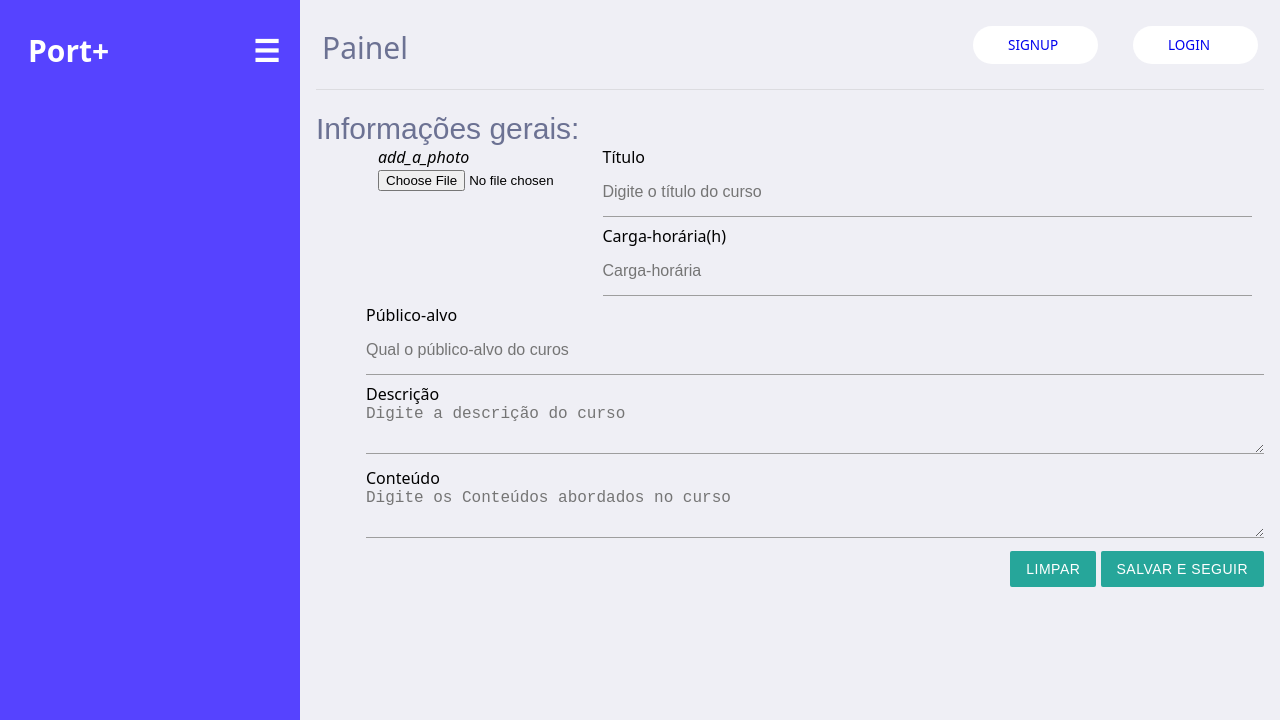
Repository: LauraMViana/Port-plus
Page: http://localhost/portPlus/criarCurso/criarCurso
The author's editor kept a copy of each file at every save. The page is drawn from the files as they stood at one save, then again after the next save.
The browser window is 1280 px wide. The pictures show the whole page.
The page is this project's Thymeleaf template; nobody is signed in. The template is opened directly, without the code that normally fills it, so the values that code supplies are empty.

Above is the page before, as saved 2021-12-31 00:50:35.

### port/src/main/resources/templates/portPlus/criarCurso/criarCurso.html
<!DOCTYPE html >
<html xmlns:th="http://www.thymeleaf.org">
<head>
<meta charset="UTF-8">
<link rel="stylesheet"
	href="https://cdnjs.cloudflare.com/ajax/libs/font-awesome/4.7.0/css/font-awesome.min.css">
<!-- Compiled and minified CSS <!--
<link rel="stylesheet"
	href="https://cdnjs.cloudflare.com/ajax/libs/materialize/1.0.0/css/materialize.min.css">
-->
<link href="https://fonts.googleapis.com/icon?family=Material+Icons"
	rel="stylesheet">
<link rel="stylesheet" href="/Style.css">

<title>PortPlus</title>
</head>
<body>
	<div th:insert="~{menu :: navside}"></div>
	<div id="main">
		<div th:insert="~{menu :: navbar}"></div>
		<h4>Informações gerais:</h4>
		<form action="/portPlus/criarCurso" method="post"
			enctype="multipart/form-data" th:object="${curso}">
			<div class="file input-field col s3">
				<i class="large material-icons">add_a_photo</i> <input type="file"
					name="file">
				<p th:errors="*{nomeLogo}"></p>
			</div>
			<div class="input-field col s9">
				<label for="titulo">Título</label> <input
					placeholder="Digite o título do curso" id="titulo" type="text"
					class="validate" th:field="*{titulo}">
				<p th:errors="*{titulo}"></p>
				<div>
					<label for="cg">Carga-horária(h)</label> <input
						placeholder="Carga-horária" id="cg" type="number" class="validate"
						th:field="*{cargahoraria}">
				</div>
				<p th:errors="*{cargahoraria}"></p>
			</div>
			<div class="input-field">
				<label for=" nome"> Público-alvo</label> <input
					placeholder="Qual o público-alvo do curos" id="nome" type="text"
					th:field="*{publicalvo}">
				<p th:errors="*{publicalvo}"></p>
			</div>

			<div class="input-field">
				<label for="textarea1">Descrição</label>
				<textarea placeholder="Digite a descrição do curso" id="textarea1"
					class="materialize-textarea" th:field="*{descricao}"></textarea>

				<p th:errors="*{descricao}"></p>
			</div>

			<div class="input-field">
				<label for="textarea1">Conteúdo</label>
				<textarea placeholder="Digite os Conteúdos abordados no curso"
					id="textarea1" class="materialize-textarea" th:field="*{conteudo}"></textarea>

				<p th:errors="*{conteudo}"></p>
			</div>

			<div id="btn">
				<button class="btn waves-effect waves-light align-center"
					type="reset" name="action">Limpar</button>
				<button class="btn waves-effect waves-light align-center"
					type="submit" name="action">Salvar e seguir</button>
			</div>
		</form>
	</div>
	<script
		src="https://ajax.googleapis.com/ajax/libs/jquery/3.5.1/jquery.min.js"></script>
	<script>
		$(".menu").click(function() {
			$("#mySidenav").css('width', '70px');
			$("#main").css('margin-left', '70px');
			$(".logo").css('display', 'none');
			$(".logo1").css('display', 'block');
			$(".logo span").css('visibility', 'visible');
			$(".logo span").css('margin-left', '-10px');
			$(".icon-a").css('visibility', 'hidden');
			$(".icon-a").css('height', '25px');
			$(".icons").css('visibility', 'visible');
			$(".icons").css('margin-left', '-8px');
			$(".menu1").css('display', 'block');
			$(".menu").css('display', 'none');
		});

		$(".menu1").click(function() {
			$("#mySidenav").css('width', '300px');
			$("#main").css('margin-left', '300px');
			$(".logo").css('visibility', 'visible');
			$(".logo").css('display', 'block');
			$(".icon-a").css('visibility', 'visible');
			$(".icons").css('visibility', 'visible');
			$(".menu").css('display', 'block');
			$(".menu1").css('display', 'none');
		});
	</script>
	<script>
		$(document).ready(function() {
			$(".profile p").click(function() {
				$(".profile-div").toggle();
			});
		});
	</script>
</body>
</html>

### port/src/main/resources/templates/menu.html
<!DOCTYPE html >
<html xmlns:th="http://www.thymeleaf.org">
<head>
<meta charset="UTF-8">
<link rel="stylesheet" href="/Style.css" type="text/css" />
<link rel="stylesheet"
	href="https://cdnjs.cloudflare.com/ajax/libs/font-awesome/4.7.0/css/font-awesome.min.css">
<title>Port+</title>
</head>
<body>

	<!-- sec:authorize="hasRole('VENDAS')"  -->
	<div th:fragment="navside">

		<div id="mySidenav" class="sidenav">
			<p class="logo">
				Port+ <span class="menu">&#9776;</span>
			</p>
			<p class="logo1">
				<span class="menu1">&#9776;</span>
			</p>
			<!-- <a href="/" class="icon-a"> <i class="fa fa-dashboard icons"></i>
				&nbsp;&nbsp;Painel
			</a> -->
			<a sec:authorize="isAuthenticated()" href="/" class="icon-a"><i
				class="fa fa-list icons"></i> &nbsp;&nbsp;Menu</a> <a
				sec:authorize="isAuthenticated()" href="#" class="icon-a"><i
				class="fa fa-user icons"></i> &nbsp;&nbsp;Perfil</a> <a
				sec:authorize="isAuthenticated()" href="/portPlus/criarCurso"
				class="icon-a"><i class="fa fa-edit icons"></i> &nbsp;&nbsp;Meus
				Cursos(A)</a> <a sec:authorize="isAuthenticated()"
				href="/portPlus/criarCurso" class="icon-a"><i
				class="fa fa-edit icons"></i> &nbsp;&nbsp;Criar Curso(I)</a><a
				sec:authorize="isAuthenticated()" href="/portPlus/meusCursos"
				class="icon-a"><i class="fa fa-list-alt icons"></i>
				&nbsp;&nbsp;Submeter curso(I)</a>
		</div>
	</div>

	<div id="main">
		<div th:fragment="navbar">
			<div class="head">
				<div class="col-div-6">
					<p class="nav">Painel</p>
				</div>
				<div class="col-div-6">
					<div sec:authorize="isAuthenticated()" class="profile">
						<img src="/Imagens/usuario.png" class="pro-img circle" />
						<p sec:authentication="name">
							Instrutor <i class="fa fa-ellipsis-v dots" aria-hidden="true"></i>
						</p>

						<div class="profile-div">
							<p>
								<a href="#" class="icon-a"><i class="fa fa-user"></i>
									&nbsp;&nbsp;Perfil
							</p>
							<p>
								<i class="fa fa-power-off"></i> &nbsp;&nbsp;Sair
							</p>
						</div>
					</div>
					<div class="login">
						<p sec:authorize="!isAuthenticated()">
							<a href="/portPlus/login">LOGIN</a>
						</p>
						<p sec:authorize="!isAuthenticated()">
							<a href="/portPlus/signup">SIGNUP</a>
						</p>
					</div>
				</div>
				<div class="clearfix"></div>
			</div>
			<div class="clearfix"></div>
			<br />
		</div>
	</div>
	<script
		src="https://ajax.googleapis.com/ajax/libs/jquery/3.5.1/jquery.min.js"></script>
	<script>
		$(".menu").click(function() {
			$("#mySidenav").css('width', '70px');
			$("#main").css('margin-left', '70px');
			$(".logo").css('display', 'none');
			$(".logo1").css('display', 'block');
			$(".logo span").css('visibility', 'visible');
			$(".logo span").css('margin-left', '-10px');
			$(".icon-a").css('visibility', 'hidden');
			$(".icon-a").css('height', '25px');
			$(".icons").css('visibility', 'visible');
			$(".icons").css('margin-left', '-8px');
			$(".menu1").css('display', 'block');
			$(".menu").css('display', 'none');
		});

		$(".menu1").click(function() {
			$("#mySidenav").css('width', '300px');
			$("#main").css('margin-left', '300px');
			$(".logo").css('visibility', 'visible');
			$(".logo").css('display', 'block');
			$(".icon-a").css('visibility', 'visible');
			$(".icons").css('visibility', 'visible');
			$(".menu").css('display', 'block');
			$(".menu1").css('display', 'none');
		});
	</script>
	<script>
		$(document).ready(function() {
			$(".profile p").click(function() {
				$(".profile-div").toggle();

			});

			/* $(".noti-icon").click(function() {
					$(".notification-div").toggle();
				}); */

		});
	</script>
</body>
</html>

### port/src/main/resources/static/Style.css
/* Laura */
body {
	margin: 0px;
	padding: 0px;
	background-color: #efeff5;
	font-family: system-ui;
}

.clearfix {
	clear: both;
}

.logo {
	margin: 0px;
	margin-left: 28px;
	font-weight: bold;
	color: white;
	margin-bottom: 30px;
}

.sidenav {
	height: 100%;
	width: 300px;
	position: fixed;
	z-index: 1;
	top: 0;
	left: 0;
	background-color: #5643ff;
	overflow: hidden;
	padding-top: 30px;
	transition: ease-in-out 0.3s;
}

.menu {
	float: right;
	margin-right: 20px;
	cursor: pointer;
}

.logo1 {
	margin: 0px;
	margin-left: 20px;
	font-weight: bold;
	color: white;
	margin-bottom: 50px;
	display: none;
	cursor: pointer;
}

.menu1 {
	float: left;
	display: none;
}

.sidenav a {
	padding: 15px 8px 15px 32px;
	text-decoration: none;
	font-size: 20px;
	color: #d8d8d8;
	display: block;
}

.sidenav a:hover {
	color: #f1f1f1;
	background-color: #2c1ed6;
}

.sidenav {
	top: 0;
	right: 25px;
	font-size: 30px;
}

#main {
	padding: 16px;
	margin-left: 300px;
}

.head {
	padding: 0px 6px;
	border-bottom: 1px solid #d6d6d8b8;
	padding-bottom: 10px;
}

.col-div-6 {
	width: 50%;
	float: left;
}

.login p {
	color: #6c7293;
	font-weight: 500;
	margin-left: 35px;
	margin-top: 10px;
	font-size: 13.5px;
	background-color: white;
	padding: 10px;
	border-radius: 25px;
	padding-left: 35px;
	width: 80px;
	float: right;
	cursor: pointer;
}

.profile {
	display: inline-block;
	float: right;
	width: 160px;
}

.pro-img {
	float: left;
	width: 40px;
	margin-top: 8px;
	margin-left: 20px;
}

.profile p {
	color: #6c7293;
	font-weight: 500;
	margin-left: 35px;
	margin-top: 10px;
	font-size: 13.5px;
	background-color: white;
	padding: 10px;
	border-radius: 25px;
	padding-left: 35px;
	cursor: pointer;
}

.dots {
	margin-left: 10px;
}

.profile-div {
	background-color: white;
	width: 160px;
	border: 1px solid #ddd;
	padding: 10px 0px;
	right: 2%;
	border-radius: 5px;
	position: absolute;
	z-index: 9;
	display: none;
}

.profile-div:after {
	content: '';
	position: absolute;
	height: 10px;
	width: 10px;
	background-color: white;
	top: -6px;
	border-left: 1px solid #ddd;
	border-top: 1px solid #ddd;
	transform: rotate(45deg);
	right: 10%;
}

.profile-div p {
	margin: 0px;
	padding: 10px 20px;
}

.profile-div p:hover {
	margin: 0px;
	padding: 10px 20px;
	background-color: #5643ff;
	border-radius: 0px;
	color: white;
}

.notification-div {
	background-color: white;
	width: 240px;
	border: 1px solid #ddd;
	padding: 10px 0px;
	right: 16%;
	border-radius: 5px;
	top: 12%;
	position: absolute;
	z-index: 9;
	display: none;
}

.notification-div:after {
	content: '';
	position: absolute;
	height: 10px;
	width: 10px;
	background-color: white;
	top: -6px;
	border-left: 1px solid #ddd;
	border-top: 1px solid #ddd;
	transform: rotate(45deg);
	right: 10%;
}

.noti-head {
	display: block;
	margin: 0px;
	color: #6c7293;
}

.noti-head:hover {
	background-color: white !important;
	color: #6c7293 !important;
}

.noti-head span {
	position: absolute;
	right: 8%;
	top: 10%;
	background-color: #5643ff;
	padding: 1px 5px;
	color: white;
	border-radius: 20px;
}

.hr {
	margin: 0px;
	border: none;
	background-color: #ddd;
	height: 1px;
}

.notification-div p {
	margin: 0px;
	padding: 10px 20px;
	color: #6c7293;
}

.notification-div p span {
	font-size: 11px;
	display: block;
}

.notification-div p:hover {
	margin: 0px;
	padding: 10px 20px;
	background-color: #5643ff;
	border-radius: 0px;
	color: white;
}

.search-icon {
	position: absolute;
	right: 22%;
	top: 25px;
	background-color: white;
	padding: 13px;
	border-radius: 21px;
	color: #6c7293;
	cursor: pointer;
}

.noti-icon {
	position: absolute;
	right: 17%;
	top: 25px;
	background-color: #5643ff;
	padding: 13px;
	border-radius: 21px;
	color: #fff;
	cursor: pointer;
}

.noti-icon:after {
	content: '';
	height: 5px;
	width: 5px;
	border-radius: 5px;
	top: 5px;
	left: 20px;
	position: absolute;
	background-color: red;
}

.col-div-4-1 {
	width: 33.3%;
	float: left;
}

.box {
	width: 88%;
	height: 480px;
	background-color: #ffffff;
	margin-left: 10px;
	padding: 10px;
	box-shadow: 2px 5px 10px #ddd;
	position: relative;
}

.box p {
	color: #6c7293;
	font-weight: 500;
	padding-left: 10px;
}

.number {
	font-size: 35px;
	margin-bottom: 0px;
	margin-top: 20px;
}

.percent {
	margin: 0px;
	font-size: 14px;
	color: #37bf37 !important;
}

.percent span {
	font-size: 12px;
	color: #9398b1;
	padding-left: 3px;
}

.head-1 {
	font-size: 18px !important;
	margin: 10px 0px;
	color: #6c7293;
}

.head-1 span {
	float: right;
	background-color: #5643ff;
	color: white;
	padding: 3px 10px;
	font-size: 15px;
}

.box-icon {
	font-size: 20px !important;
	margin-top: 35px !important;
	color: #5643ff;
	padding-right: 10px;
	background-color: #efeff5;
	padding: 15px;
	border-radius: 25px;
	position: absolute;
	right: 16px;
	top: -18px;
}

.box-1 {
	width: 88%;
	height: 282px;
	background-color: #ffffff;
	margin-left: 10px;
	padding: 10px;
	box-shadow: 2px 5px 10px #ddd;
	position: relative;
}

.m-box {
	color: #6c7293;
	position: relative;
	padding: 0px 12px;
}

.active {
	background-color: #5646ff;
	color: white;
	box-shadow: 4px 3px 7px 3px #3226ad54;
}

.active .no-1 {
	color: #ddd !important;
}

.m-box p {
	display: inline-block;
	margin: 10px 0px;
}

.no {
	position: absolute !important;
	top: 21px;
	right: 15px;
	font-weight: 500;
}

.no-1 {
	font-size: 12px;
	color: #9398b1;
}

.act-p {
	font-size: 13px;
	color: #6c7293;
}

.act-p .fa {
	color: orange !important;
}

.content-box-1 {
	padding: 0px 10px;
}

.col-div-12 {
	width: 100%;
}

.col-div-4 {
	width: 30%;
	float: left;
}

.content-box {
	padding: 20px;
}

.content-box p {
	margin: 0px;
	font-size: 20px;
	color: #6c7293;
}

.content-box p span {
	float: right;
	background-color: #5643ff;
	color: white;
	padding: 3px 10px;
	font-size: 15px;
}

.box-8 {
	width: 97.8%;
	background-color: #fff;
	height: 330px;
}

.nav {
	font-size: 30px;
	cursor: pointer;
	color: #6c7293;
	margin: 11px 0px;
}

.box-8 {
	margin-left: 10px;
}

td, th {
	border: 1px solid #dddddd;
	text-align: left;
	padding: 10px;
}

tr:nth-child(even) {
	background-color: #5643ff29;
	color: #6c7293 !important;
}

.circle-wrap {
	margin: 50px auto;
	width: 150px;
	height: 150px;
	background: #e6e2e7;
	border-radius: 50%;
}

.circle-wrap .circle .mask, .circle-wrap .circle .fill {
	width: 150px;
	height: 150px;
	position: absolute;
	border-radius: 50%;
}

.circle-wrap .circle .mask {
	clip: rect(0px, 150px, 150px, 75px);
}

.circle-wrap .circle .mask .fill {
	clip: rect(0px, 75px, 150px, 0px);
	background-color: #5646ff;
}

.circle-wrap .circle .mask.full, .circle-wrap .circle .fill {
	animation: fill ease-in-out 3s;
	transform: rotate(126deg);
}

@
keyframes fill { 0% {
	transform: rotate(0deg);
}

100










%
{
transform










:










rotate








(










126deg










)








;
}
}
.circle-wrap .inside-circle {
	width: 130px;
	height: 130px;
	border-radius: 50%;
	background: #fff;
	line-height: 130px;
	text-align: center;
	margin-top: 10px;
	margin-left: 10px;
	position: absolute;
	z-index: 100;
	font-weight: 700;
	font-size: 2em;
	color: #6c7293;
}

/* Thais */
h1 {
	font-weight: 400;
	font-family: Century Gothic, Arial, Helvetica, sans-serif;
	color: #6c7293;
	font-size: calc(1.044375rem + 1.7325vw);
}

h4, h6 {
	font-weight: 100;
	font-family: Century Gothic, Arial, Helvetica, sans-serif;
	color: #6c7293;
	font-size: 30px;
	margin: 0px;
}

a {
	text-decoration: none;
}

#btn {
	text-align: right;
}

/*Apresente material  */
.mod-title {
	font-size: 30px;
	color: #d8d8d8;
}

/* Index  */
.box-mod {
	width: 88%;
	height: 30px;
	background-color: #dfdfdf;
	margin-left: 10px;
	padding: 10px;
	position: relative;
	margin-left: 10px;
	padding: 10px;
	border-top: 1px solid #d7dfe3;
	margin-left: 10px;
	margin-bottom: 15px;
}

.box-mod p {
	color: #6c7293;
	font-weight: 500;
	margin: 0px;
	padding: 10px;
	width: 105px;
	margin-left: 90px;
}
/* blocos de curso ou modulos  */
.col-div-4-2 {
	width: 25%;
	float: left;
}

.card.small .card-image+.card-content, .card.medium .card-image+.card-content,
	.card.large .card-image+.card-content {
	max-height: 40%;
}

.card.small .card-content, .card.medium .card-content, .card.large .card-content
	{
	max-height: 100%;
	overflow: hidden;
}

.card .card-content {
	padding: 24px;
	border-radius: 0 0 2px 2px;
}

.card .card-image img {
	display: block;
	border-radius: 2px 2px 0 0;
	position: relative;
	left: 0;
	right: 0;
	top: 0;
	bottom: 0;
	width: 100%;
}

img {
	border-style: none;
}

.card.small .card-image, .card.medium .card-image, .card.large .card-image
	{
	max-height: 60%;
	overflow: hidden;
}

.card .card-image {
	position: relative;
}

.card.small {
	height: 300px;
}

.card.small, .card.medium, .card.large {
	position: relative;
}

.card {
	margin-left: 10px;
	box-shadow: 2px 5px 10px #ddd;
	position: relative;
	height: 250px;
	background-color: #fff;
	-webkit-transition: -webkit-box-shadow .25s;
	transition: -webkit-box-shadow .25s;
	transition: box-shadow .25s;
	transition: box-shadow .25s, -webkit-box-shadow .25s;
	border-radius: 2px;
}

.card {
	position: relative;
	margin: 0.5rem 0 1rem 0;
	background-color: #fff;
	-webkit-transition: -webkit-box-shadow .25s;
	transition: -webkit-box-shadow .25s;
	transition: box-shadow .25s;
	transition: box-shadow .25s, -webkit-box-shadow .25s;
	border-radius: 2px;
}

.image {
	display: block;
	position: relative;
	left: 0;
	right: 0;
	top: 0;
	bottom: 0;
	width: 100%;
	max-height: 70%;
	overflow: hidden;
	max-height: 70%;
	right: 0;
	top: 0;
	bottom: 0;
}

.card {
	margin-left: 10px;
	box-shadow: 2px 5px 10px #ddd;
	position: relative;
	height: 250px;
	background-color: #fff;
	-webkit-transition: -webkit-box-shadow .25s;
	transition: -webkit-box-shadow .25s;
	transition: box-shadow .25s;
	transition: box-shadow .25s, -webkit-box-shadow .25s;
	border-radius: 2px;
}

.card-title-mod {
	display: block;
	line-height: 32px;
	margin-bottom: 8px;
	font-size: 24px;
	font-weight: 300;
}
/* descriçao do curso  */
.mod-d {
	font-size: 18px !important;
	margin: 10px 0px;
	color: #6c7293;
	text-align: justify;
}

/* Pag apresentação Material */
aside {
	width: 260px;
	float: right;
	margin-right: 20px;
	border: 1px solid black;
}

.conteudo {
	padding-left: 15px;
	width: 700px;
	float: left;
	height: 415px;
	text-align: justify;
}

.card.lista {
	background-color: #5643ff;
	width: 259.5px;
	height: 50px;
	text-align: center;
	padding: 5px 0px 5px 0px;
	margin: 0px;
}

.lista li {
	padding: 15px 8px 15px 32px;
	text-decoration: none;
	font-size: 20px;
	color: #d8d8d8;
	display: block;
	text-align: justify;
}

.lista li:hover {
	color: #f1f1f1;
	background-color: #5643ff;
}

.lista a:hover {
	color: #f1f1f1;
	background-color: #5643ff;
}

ul {
	padding: 0px;
	margin: 0px;
	list-style-type: none;
}

textarea.materialize-textarea.texto {
	height: 12rem;
}

input:not([type]), input[type="text"]:not(.browser-default), input[type="url"]:not(.browser-default),
	input[type="number"]:not(.browser-default), textarea.materialize-textarea
	{
	background-color: transparent;
	border-top-width: initial;
	border-right-width: initial;
	border-left-width: initial;
	border-top-color: initial;
	border-right-color: initial;
	border-left-color: initial;
	height: 3rem;
	width: 100%;
	font-size: 16px;
	box-shadow: none;
	box-sizing: content-box;
	border-style: none none solid;
	border-image: initial;
	border-bottom: 1px solid rgb(158, 158, 158);
	border-radius: 0px;
	outline: none;
	margin: 0px 0px 8px;
	padding: 0px;
	transition: box-shadow 0.3s ease 0s, border 0.3s ease 0s,
		-webkit-box-shadow 0.3s ease 0s;
}

form {
	padding-left: 50px;
}

.dados-do-curso, .listarCriarMod {
	padding-left: 50px;
}

.s2 {
	width: 20%;
	display: inline;
}

.col.s3 {
	width: 25%;
	margin-left: auto;
	left: auto;
	right: auto;
}

.col.s4 {
	width: 33.3333333333%;
	margin-left: auto;
	left: auto;
	right: auto;
}

.col.s5 {
	width: 41.6666666667%;
	margin-left: auto;
	left: auto;
	right: auto;
}

.col.s6 {
	width: 50%;
	margin-left: auto;
	left: auto;
	right: auto;
}

.col.s9 {
	width: 75%;
	margin-left: auto;
	left: auto;
	right: auto;
}

.col.s12 {
	width: 100%;
	margin-left: auto;
	left: auto;
	right: auto;
}

.col.s12.cont {
	padding-bottom: 20px;
}

.col {
	float: left;
	-webkit-box-sizing: border-box;
	box-sizing: border-box;
	padding: 0 0.75rem;
	min-height: 1px;
}

.s10 {
	width: 80%;
	margin-left: auto;
	left: auto;
	right: auto;
}

.btn {
	text-decoration: none;
	color: #fff;
	background-color: #26a69a;
	text-align: center;
	letter-spacing: .5px;
	-webkit-transition: background-color .2s ease-out;
	transition: background-color .2s ease-out;
	cursor: pointer;
	border: none;
	border-radius: 2px;
	display: inline-block;
	height: 36px;
	line-height: 36px;
	padding: 0 16px;
	text-transform: uppercase;
	font-size: 14px;
	outline: 0;
	font-size: 14px;
}

.waves-effect {
	position: relative;
	cursor: pointer;
	display: inline-block;
	overflow: hidden;
	-webkit-user-select: none;
	-moz-user-select: none;
	-ms-user-select: none;
	user-select: none;
	-webkit-tap-highlight-color: transparent;
	vertical-align: middle;
	z-index: 1;
	-webkit-transition: .3s ease-out;
	transition: .3s ease-out;
}

.modal.modal-fixed-footer {
	padding: 0;
	height: 70%;
}

.modal {
	display: none;
	position: fixed;
	left: 0;
	right: 0;
	background-color: #fafafa;
	padding: 0;
	max-height: 70%;
	width: 55%;
	margin: auto;
	overflow-y: auto;
	border-radius: 2px;
	will-change: top, opacity;
}

.modal.modal-fixed-footer {
	padding: 0;
	height: 70%;
}

.modal {
	display: none;
	position: fixed;
	left: 0;
	right: 0;
	background-color: #fafafa;
	padding: 0;
	max-height: 70%;
	width: 55%;
	margin: auto;
	overflow-y: auto;
	border-radius: 2px;
	will-change: top, opacity;
}

.z-depth-5, .modal {
	-webkit-box-shadow: 0 24px 38px 3px rgb(0 0 0/ 14%), 0 9px 46px 8px
		rgb(0 0 0/ 12%), 0 11px 15px -7px rgb(0 0 0/ 20%);
	box-shadow: 0 24px 38px 3px rgb(0 0 0/ 14%), 0 9px 46px 8px
		rgb(0 0 0/ 12%), 0 11px 15px -7px rgb(0 0 0/ 20%);
}

.collapsible {
	border-top: 1px solid #ddd;
	border-right: 1px solid #ddd;
	border-left: 1px solid #ddd;
	margin: 0.5rem 0 1rem 0;
}

.collapsible-header {
	display: -webkit-box;
	display: -webkit-flex;
	display: -ms-flexbox;
	display: flex;
	-webkit-tap-highlight-color: transparent;
	line-height: 1.5;
	padding: 1rem;
	background-color: #fff;
	border-bottom: 1px solid #ddd;
	display: -webkit-box;
	display: -webkit-flex;
	display: -ms-flexbox;
	display: flex;
	cursor: pointer;
	-webkit-tap-highlight-color: transparent;
	line-height: 1.5;
	padding: 1rem;
	background-color: #fff;
	border-bottom: 1px solid #ddd;
}

.optCont {
	display: inline-block;
	float: right;
	width: 160px;
}

.optCont a {
	cursor: pointer;
}

.opt {
	background-color: white;
	width: 100px;
	border: 1px solid #ddd;
	padding: 10px 0px;
	right: 10%;
	border-radius: 5px;
	position: absolute;
	z-index: 9;
	display: none;
}

.opt p {
	margin: 0px;
	padding: 10px 20px;
}

.opt p:hover {
	margin: 0px;
	padding: 10px 20px;
	background-color: #5643ff;
	border-radius: 0px;
	color: white;
}

.modal.modal-fixed-footer {
	height: 40%;
	width: 40%;
}

.modal .modal-content {
	padding: 65px 24px 24px 75px;
}

After the next save:
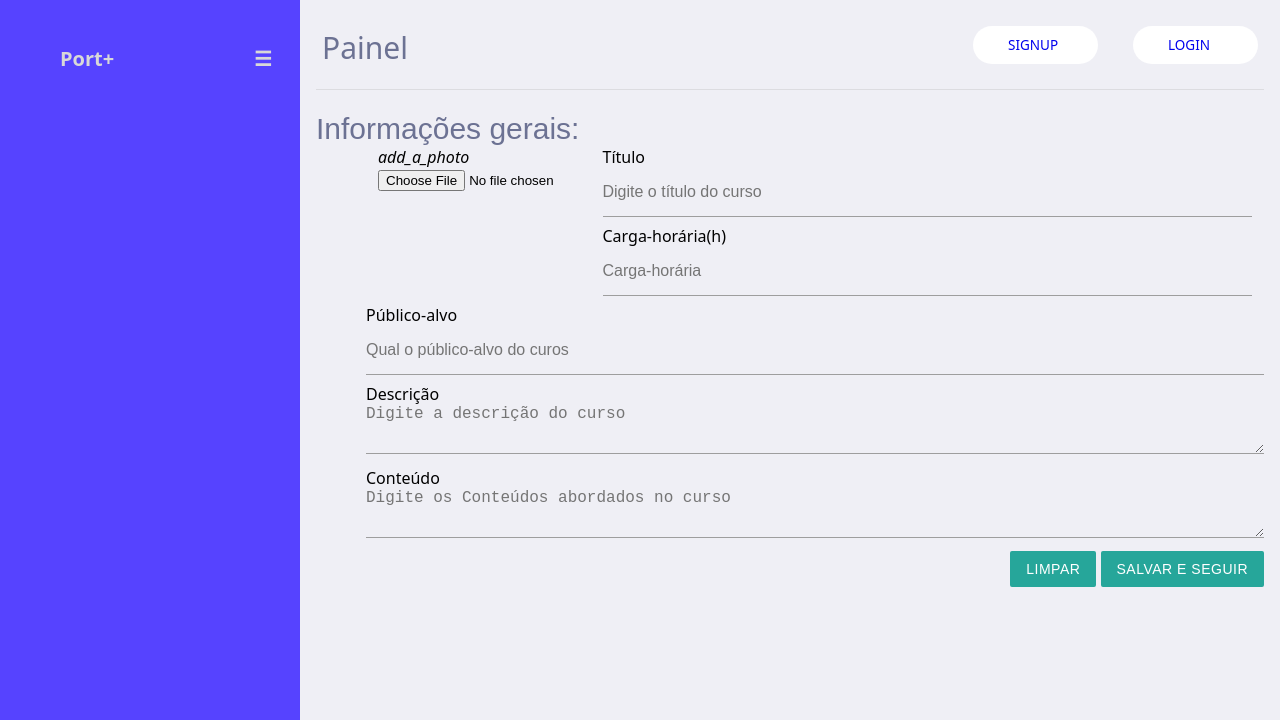
Saved 2 days later.
--- a/port/src/main/resources/templates/menu.html
+++ b/port/src/main/resources/templates/menu.html
@@ -13,8 +13,8 @@
 	<div th:fragment="navside">
 
 		<div id="mySidenav" class="sidenav">
-			<p class="logo">
-				Port+ <span class="menu">&#9776;</span>
+			<p class="logo"><a href="/">
+				Port+ <span class="menu">&#9776;</span></a>
 			</p>
 			<p class="logo1">
 				<span class="menu1">&#9776;</span>
